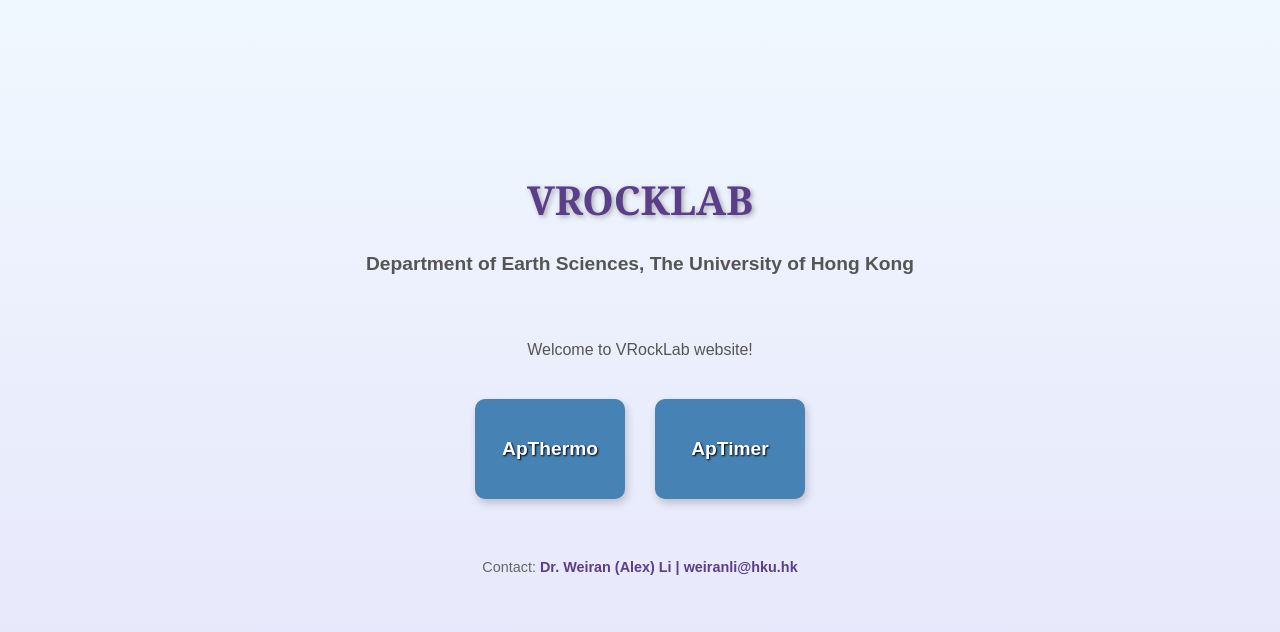
Repository: Abyss2019/home_page
Page: index.html
The author's editor kept a copy of each file at every save. The page is drawn from the files as they stood at one save, then again after the next save.
The browser window is 1280 px wide. The pictures show the whole page.

Above is the page before, as saved 2025-04-06 10:19:26.

After the next save:
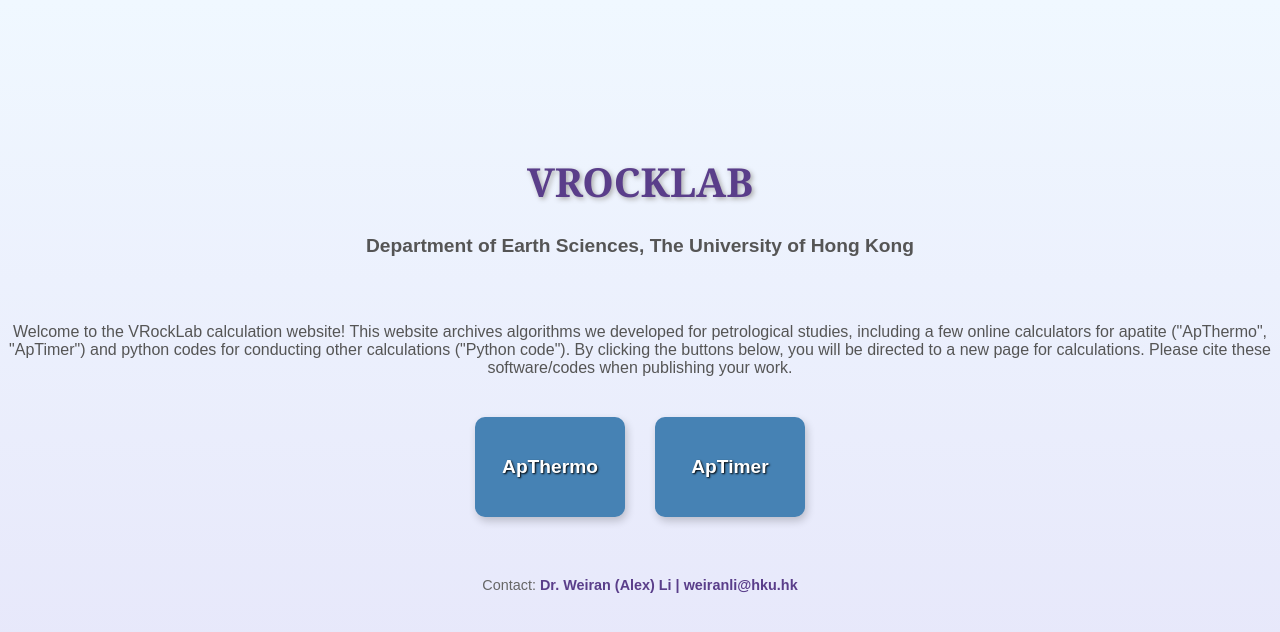
Saved 47 s later.
--- a/index.html
+++ b/index.html
@@ -95,7 +95,7 @@
     </header>
 
     <div class="intro">
-        Welcome to VRockLab website!<br>
+        Welcome to the VRockLab calculation website! This website archives algorithms we developed for petrological studies, including a few online calculators for apatite ("ApThermo", "ApTimer") and python codes for conducting other calculations ("Python code"). By clicking the buttons below, you will be directed to a new page for calculations. Please cite these software/codes when publishing your work.<br>
 
     </div>
 
